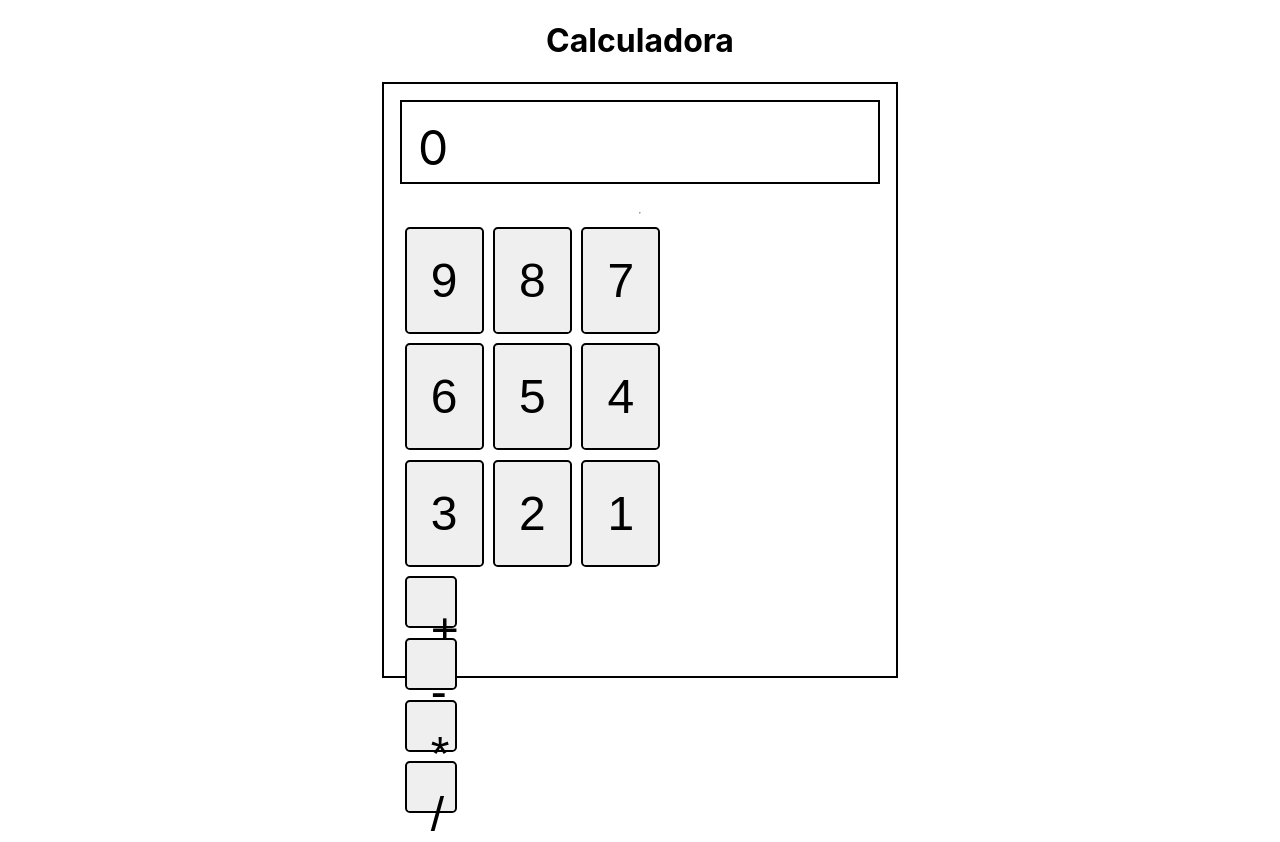
Repository: yamaka/curso-react-febrero-2022
Page: /
The author's editor kept a copy of each file at every save. The page is drawn from the files as they stood at one save, then again after the next save.
The browser window is 1280 px wide. The pictures show the whole page.
The project was rebuilt for these pictures with package versions that can differ from the ones it lists, and the page was loaded fresh each time. Also part of the build but not shown: src/App.css, src/components/Zanahoria/Zanahoria.css, src/components/Zanahoria/Zanahoria.js, src/components/Zanahorias/Zanahorias.js, src/components/Lechuga/Lechuga.css, src/components/Lechuga/Lechuga.js, src/components/Calculadora/Calculadora.css, src/components/Calculadora/Calculadora.js and 4 more.

Above is the page before, as saved 2022-03-02 18:21:33.

### src/index.js
import React from 'react';
import ReactDOM from 'react-dom';
import './index.css';
import App from './App';
import reportWebVitals from './reportWebVitals';

ReactDOM.render(
  <React.StrictMode>
    <App />
  </React.StrictMode>,
  document.getElementById('root')
);

// If you want to start measuring performance in your app, pass a function
// to log results (for example: reportWebVitals(console.log))
// or send to an analytics endpoint. Learn more: https://bit.ly/CRA-vitals
reportWebVitals();

### src/App.js
import logo from './logo.svg';
import './App.css';
import Zanahorias from './components/Zanahorias/Zanahorias';
import Lechuga from './components/Lechuga/Lechuga';
import Calculadora from './components/Calculadora/Calculadora';
import CiclosVida from './components/CiclosVida/CiclosVida';
import CalculadoraHooks from './hooks/Calculadora/Calculadora'

function App() {
  return (
    <div style={{
      display: 'flex',
      flexDirection: 'column',
      justifyContent: 'center',
      alignItems: 'center'
    }}>
      {/* componentes sin estado  */}
      {/* <h1>Componentes sin estado  funcionales</h1>
      <h2>Verduleria</h2>
      <Zanahorias titulo={"zanahorias super economicas"} cantidad={3} />  */}
        {/* hacer lo mismo con lechugas */}
      {/* componentes con estado */}
      {/* <h1>componentes con estado como clase</h1>
      <Calculadora/> */}
      {/* <CiclosVida/> */}
      <CalculadoraHooks/>
    </div>
  );
}

export default App;

### src/hooks/Calculadora/Calculadora.js
//componentes como funcionales con estado
import React, { useState } from "react";
import Input from "../components/Input/Input";
import BotonNumerico from "../components/BotonNumerico/BotonNumerico";
import BotonOperacion from "../components/BotonOperacion/BotonOperacion";
import BotonIgual from "../components/BotonIgual/BotonIgual";

import "./Calculadora.css";

const Calculadora = () => {
  const [display, setDisplay] = useState("0");
  const [operandoA, setOperandoA] = useState(0);
  const [operandoB, setOperandoB] = useState(0);
  const [operacion, setOperacion] = useState("+");

  const onPressNumerico = (numero) => {
    if (operandoA == 0) {
      setOperandoA(numero);
      setDisplay(numero);
    } else {
      setOperandoB(numero);
      setDisplay(display + numero);
    }
  };

  const onPressOperacion = (operacion) => {
    setOperacion(operacion);
    setDisplay(display + operacion);
  };

  const calcular = () => {
    switch (operacion) {
      case "+":
        setDisplay((parseInt(operandoA) + parseInt(operandoB)).toString());
    }
  };

  return (
    <div className="container">
      <h1>Calculadora</h1>
      <div className="calculadora-container">
        <Input value={display} />
        <br />
        <hr />
        <div
          style={{
            diplay: "flex",
            flex: 1,
            flexDirection: "row",
          }}
        >
          <div
            style={{ display: "flex", flexDirection: "column", width: "265px" }}
          >
            <div style={{ display: "flex", flexDirection: "row" }}>
              <BotonNumerico value="9" onPress={onPressNumerico} />
              <BotonNumerico value="8" onPress={onPressNumerico} />
              <BotonNumerico value="7" onPress={onPressNumerico} />
            </div>
            <div style={{ display: "flex", flexDirection: "row" }}>
              <BotonNumerico value="6" onPress={onPressNumerico} />
              <BotonNumerico value="5" onPress={onPressNumerico} />
              <BotonNumerico value="4" onPress={onPressNumerico} />
            </div>
            <div style={{ display: "flex", flexDirection: "row" }}>
              <BotonNumerico value="3" onPress={onPressNumerico} />
              <BotonNumerico value="2" onPress={onPressNumerico} />
              <BotonNumerico value="1" onPress={onPressNumerico} />
            </div>
          </div>
          <div
            style={{ display: "flex", flexDirection: "column", width: "100px" }}
          >
            <BotonOperacion operator="+" onPress={onPressOperacion} />
            <BotonOperacion operator="-" onPress={onPressOperacion} />
            <BotonOperacion operator="*" onPress={onPressOperacion} />
            <BotonOperacion operator="/" onPress={onPressOperacion} />
          </div>
        </div>
      </div>
    </div>
  );
};

export default Calculadora;

### src/hooks/components/Input/Input.js
import React from 'react'
import './Input.css'
//tarea que los numeros introduciodps vayan a la derecha

const Input = ({value}) => {
  return (
    <div className='input-container'><span>{value}</span></div>
  )
}

export default Input

### src/hooks/components/BotonNumerico/BotonNumerico.js
import React from 'react'
import './BotonNumerico.css';
const BotonNumerico = ({value, onPress}) => {
  return (
    <button className='boton-numerico' onClick={()=>onPress(value)}>{value}</button>
  )
}

export default BotonNumerico

### src/hooks/components/BotonOperacion/BotonOperacion.js
import React from 'react'
import './BotonOperacion.css';

const BotonOperacion = ({operator, onPress}) => {
  return (
    <button className='boton-operacion' onClick={()=> onPress(operator)}>{operator}</button>
  )
}

export default BotonOperacion

### src/hooks/Calculadora/Calculadora.css

.container{
    display: flex;
    flex: 1;
    flex-direction: column;
    align-items: center;

}
.calculadora-container{
    padding: 1rem;
    border: solid 1px;
    border-width: 2px;
    display: flex;
    flex-direction: column;
    width: 30rem;
    height: 35rem;
}

### src/hooks/components/Input/Input.css
.input-container{
    border: solid 1px;
    border-width: 2px;
    height: 3rem;
    font-size: 3rem;
    padding: 1rem;
}

### src/hooks/components/BotonNumerico/BotonNumerico.css
.boton-numerico {
  border: solid 2px;
  padding: 1.5rem;
  border-radius: 0.3rem;
  font-size: 3rem;

  margin: 0.3rem;
}

### src/hooks/components/BotonOperacion/BotonOperacion.css
.boton-operacion{
    border: solid 2px;
    padding:1.5rem;
    border-radius: .3rem;
    font-size: 3rem;
    height: 3rem;
    width: 1rem;
    margin:.3rem
}

Loaded but not shown: public/index.html (common file); src/index.css (common file); src/reportWebVitals.js (common file)

After the next save:
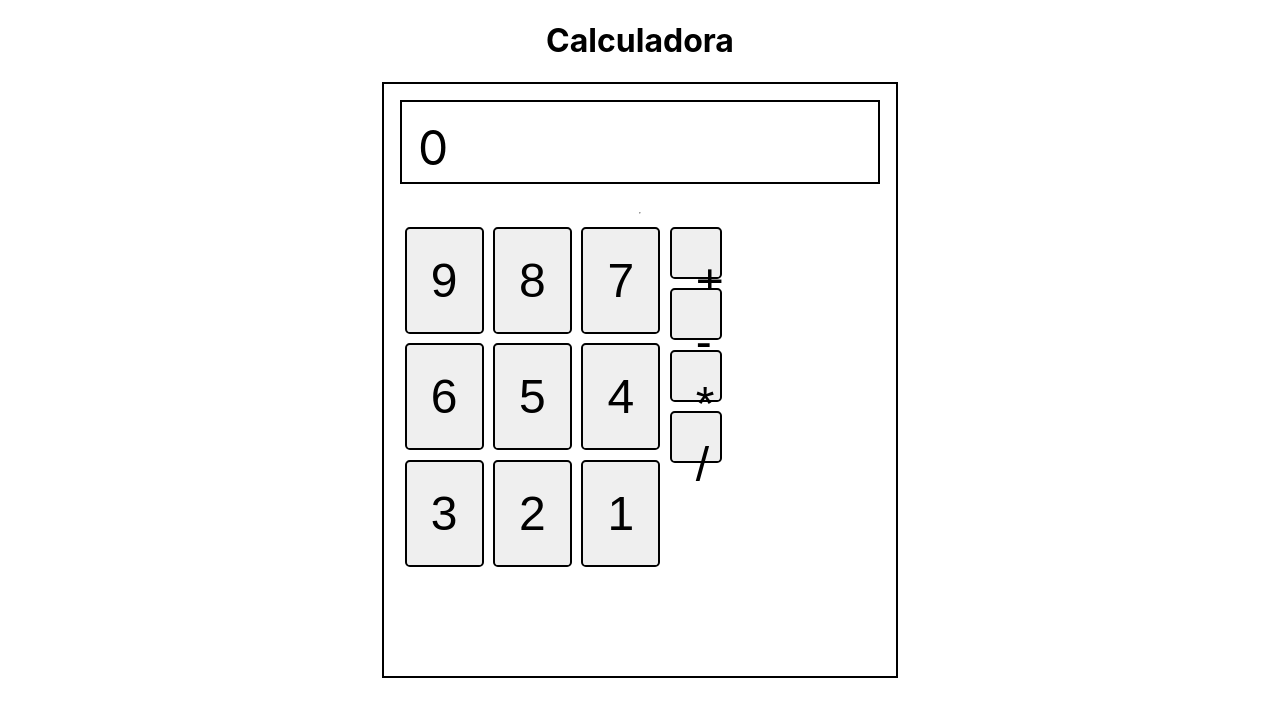
Saved 30 s later.
--- a/src/hooks/Calculadora/Calculadora.js
+++ b/src/hooks/Calculadora/Calculadora.js
@@ -44,7 +44,7 @@ const Calculadora = () => {
         <hr />
         <div
           style={{
-            diplay: "flex",
+            display: "flex",
             flex: 1,
             flexDirection: "row",
           }}
